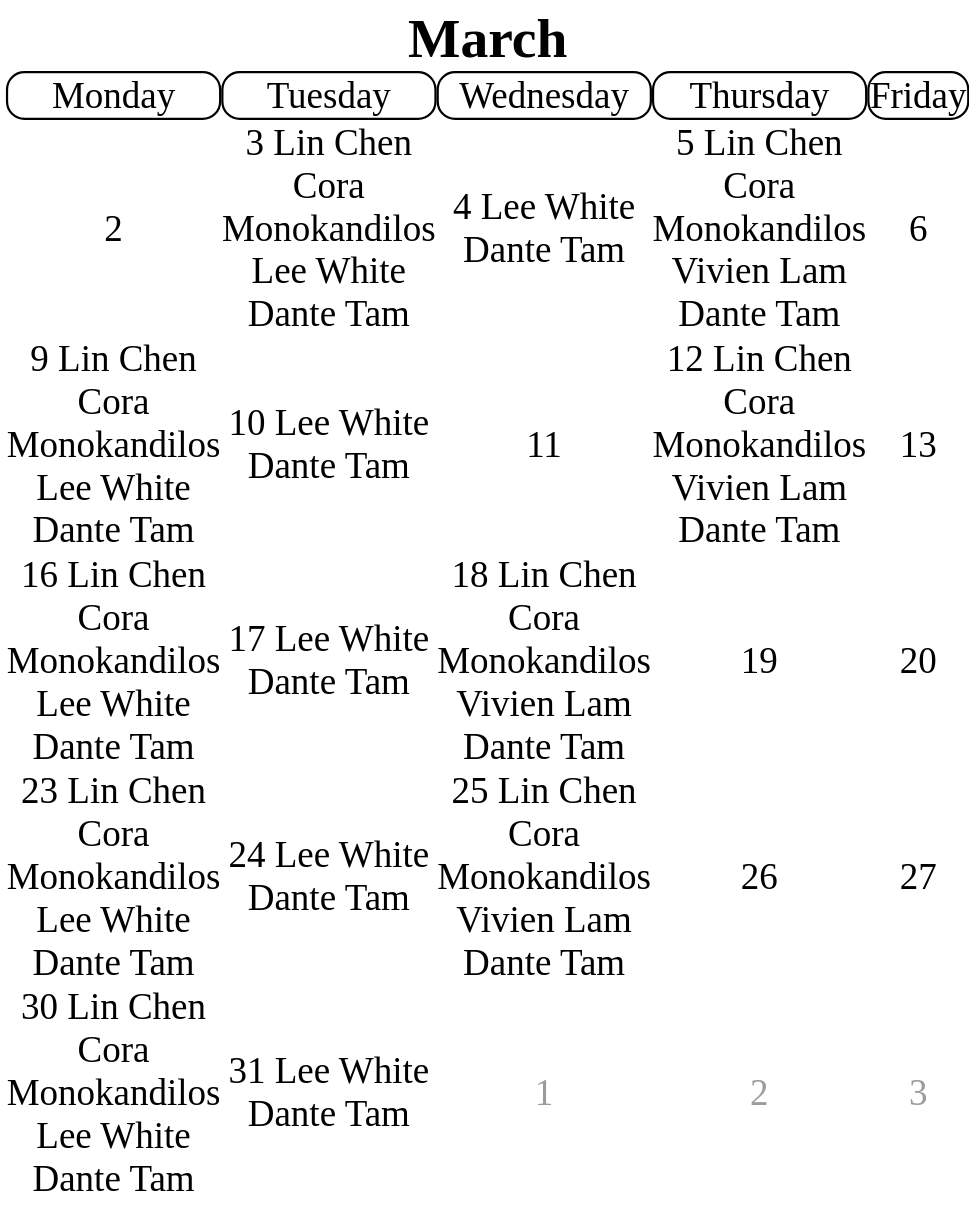
Repository: shleewhite/missionBitCalendar
Page: views/mar.html
The author's editor kept a record of every edit. The page is drawn from the files as they stood at one moment, then again after the next edit.
The browser window is 1280 px wide. The page is 1310 px wide, so the pictures cover 1310 px, including what lies to the right of the window. The pictures show the whole page, at 74% of full size.

Above is the page before.

After the next edit:
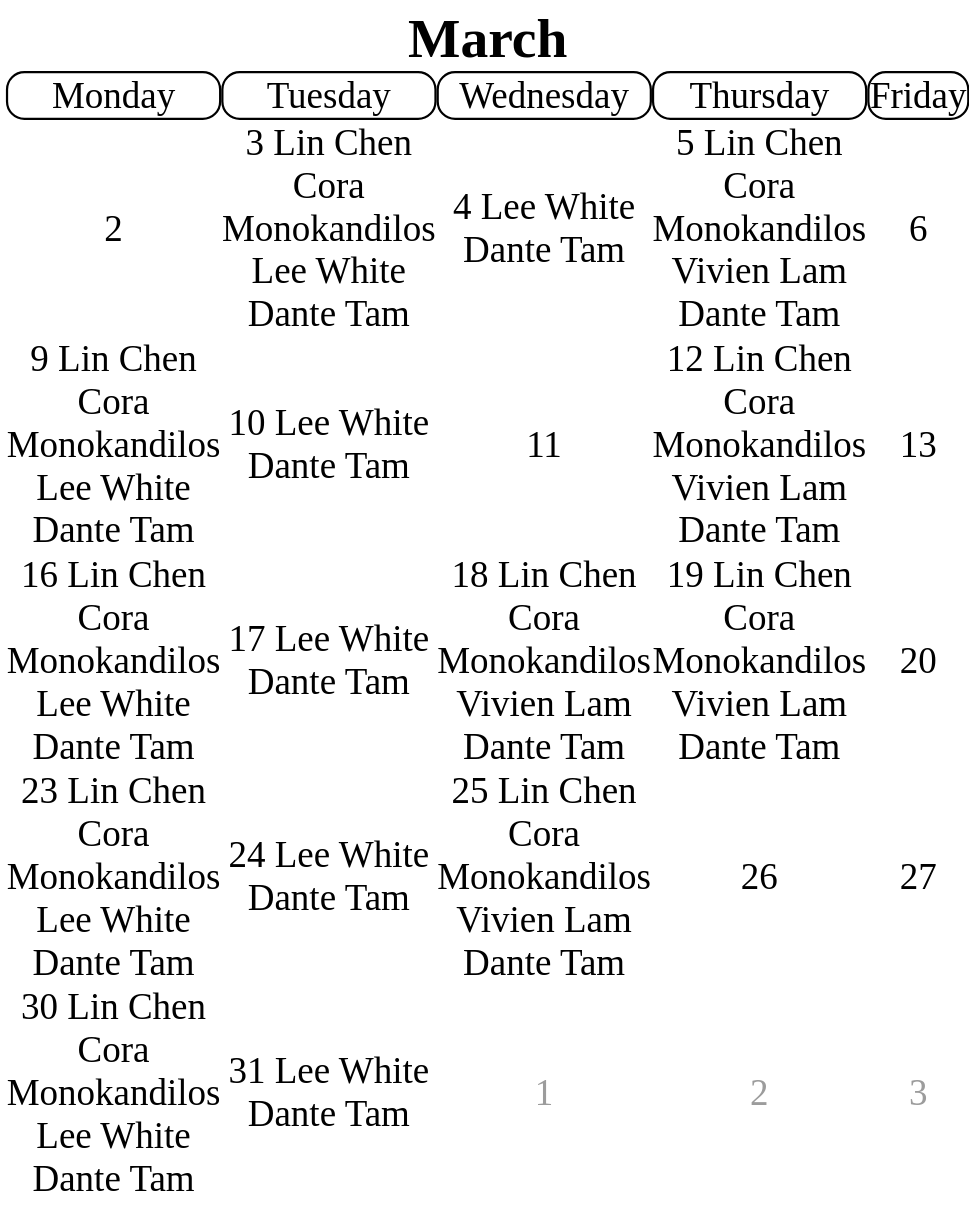
The edit:
--- a/views/mar.html
+++ b/views/mar.html
@@ -30,7 +30,7 @@
                 <td>16 Lin Chen<br>Cora Monokandilos<br>Lee White<br>Dante Tam</td>
                 <td>17 Lee White<br>Dante Tam</td>
                 <td>18 Lin Chen<br>Cora Monokandilos<br>Vivien Lam<br>Dante Tam</td>
-                <td>19</td>
+                <td>19 Lin Chen<br>Cora Monokandilos<br>Vivien Lam<br>Dante Tam</td>
                 <td>20</td>
             </tr>
             <tr>
